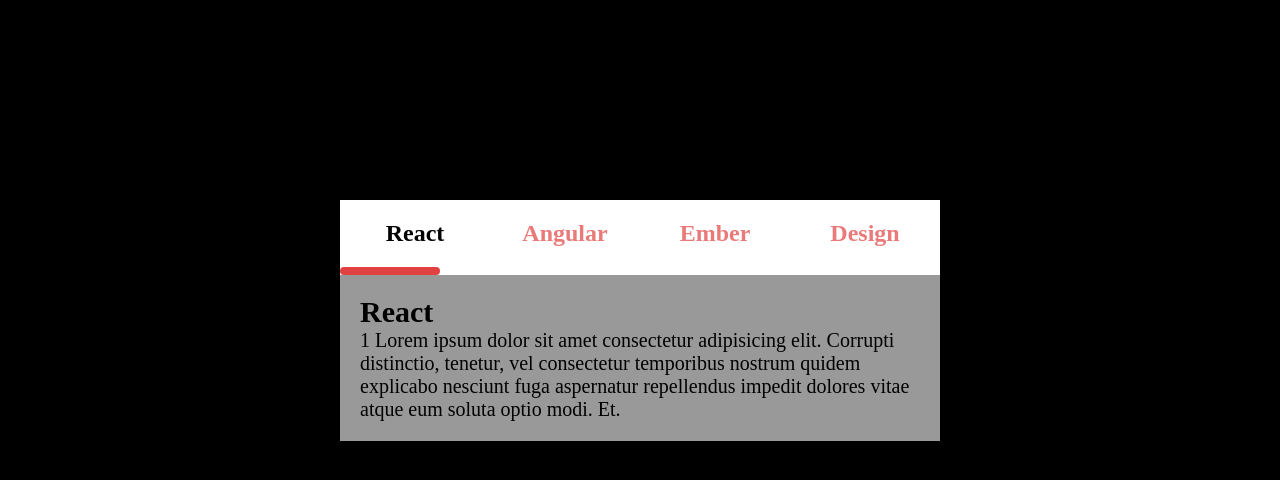
Repository: PCTai/javascript-coban
Page: tab UI/index.html
These files come from the project's save history. The page is drawn as it stood at one moment and after the next save; the edit follows.
The browser window is 1280 px wide. The pictures show the whole page.
After loading, the first visible `div.tab-item` was clicked once.

Above is the page before, as saved 2022-02-10 09:25:33.

After the next save:
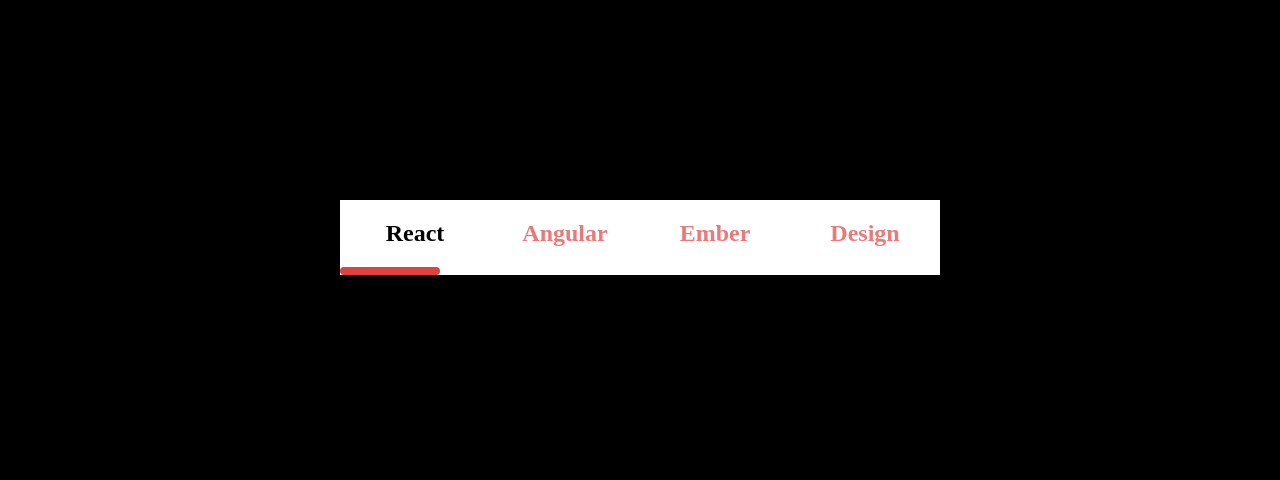
Console error: ReferenceError: box is not defined
Saved 81 s later.
--- a/tab UI/app.js
+++ b/tab UI/app.js
@@ -6,8 +6,9 @@
 tabs.forEach((tab,index) => {
 
     tab.onclick=function(){
-        document.querySelector('.active').classList.remove("active");
+        document.querySelector('.tab .active').classList.remove("active");
         tab.classList.add("active");
-
+        document.querySelector('.box .active').classList.remove("active");
+        box[index].classList.add("active");
     }
 });

After the save that followed:
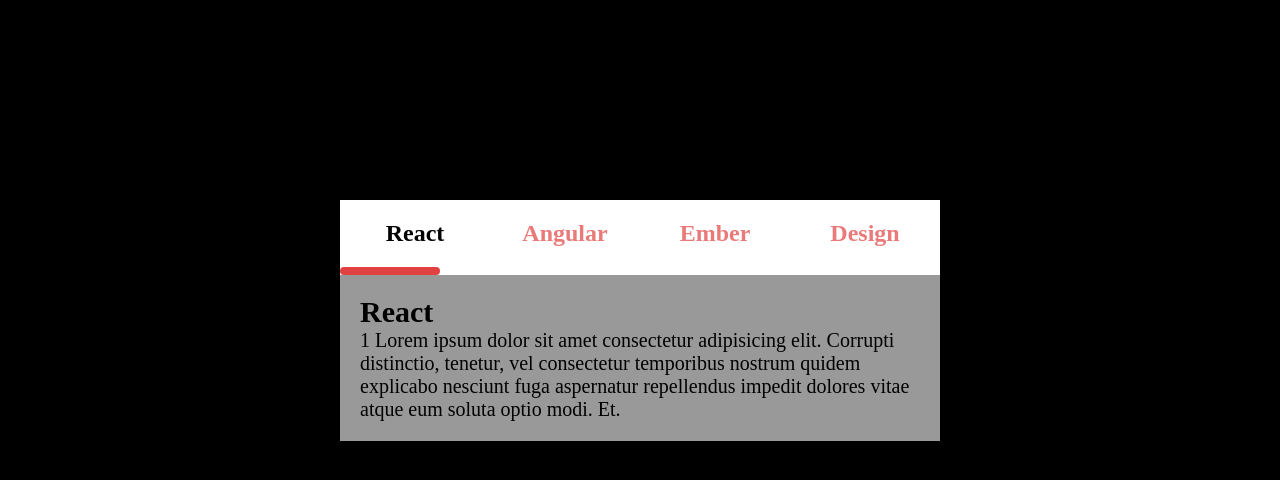
The error is gone.
Saved 29 s later.
--- a/tab UI/app.js
+++ b/tab UI/app.js
@@ -9,6 +9,6 @@
         document.querySelector('.tab .active').classList.remove("active");
         tab.classList.add("active");
         document.querySelector('.box .active').classList.remove("active");
-        box[index].classList.add("active");
+        boxs[index].classList.add("active");
     }
 });
